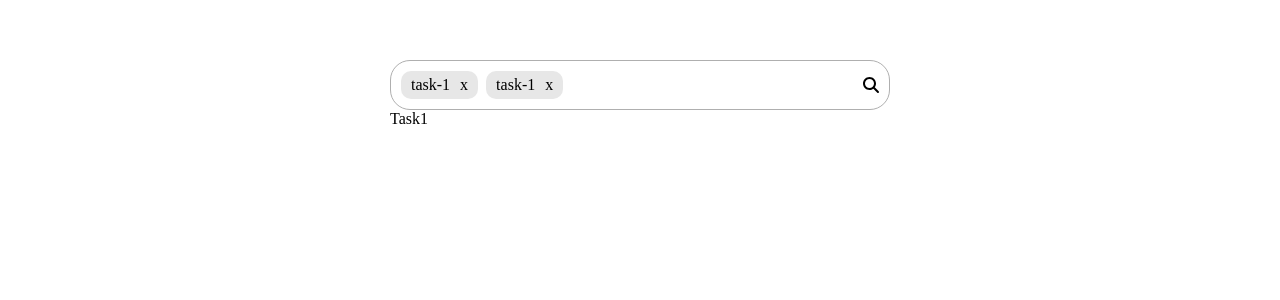
Repository: OkazakiTruong/selectOption
Page: /
The author's editor kept a copy of each file at every save. The page is drawn from the files as they stood at one save, then again after the next save.
The browser window is 1280 px wide. The pictures show the whole page.
The project was rebuilt for these pictures with package versions that can differ from the ones it lists, and the page was loaded fresh each time. Also part of the build but not shown: vite.config.js.

Above is the page before, as saved 2024-01-17 22:13:13.

### src/App.jsx
import React from "react";
import { SelectBoxContainer } from "./SelectBox/SelectBoxContainer";

export default function App() {
  return (
    <div>
      <SelectBoxContainer />
    </div>
  );
}

### src/SelectBox/SelectBoxContainer.jsx
import React from "react";
import "./selectbox.css";
import { SelectBox } from "./SelectBox";

export const SelectBoxContainer = () => {
  return (
    <div className="select-container">
      <SelectBox />
    </div>
  );
};

### src/SelectBox/selectbox.css
.select-container {
  width: 500px;
  margin: 60px auto;
}
.select-input {
  display: flex;
  flex-wrap: wrap;
  align-items: center;
  justify-content: flex-start;
  width: 500px;
  padding: 10px;
  padding-right: 60px;
  border: 1px solid #afafaf;
  border-radius: 20px;
  gap: 8px;
  position: relative;
}
.select-input.focus {
  border: 2px solid black;
}
.select-input .input {
  border: none;
  outline: none;
  flex: 2;
}
.select-input .search-icon {
  position: absolute;
  right: 10px;
  cursor: pointer;
}
.select-item {
  padding: 5px 10px;
  background-color: #e7e7e7;
  border-radius: 10px;
  display: flex;
  align-items: center;
}
.select-item .btn-delete {
  margin-left: 10px;
}

### src/SelectBox/SelectBox.jsx
import { FontAwesomeIcon } from "@fortawesome/react-fontawesome";
import React, { useRef, useState } from "react";
import { faMagnifyingGlass } from "@fortawesome/free-solid-svg-icons";

export const SelectBox = () => {
  const inputRef = useRef(null);
  const selectInputRef = useRef(null);
  const handleFocus = () => {
    selectInputRef.current.classList.add("focus");
  };
  const handleBlur = () => {
    selectInputRef.current.classList.remove("focus");
  };
  const handleClick = () => {
    console.log(selectInputRef.current.classList.contains("focus"));
    if (!selectInputRef.current.classList.contains("focus")) {
      inputRef.current.focus();
    }
  };
  return (
    <>
      <div className="select-input" ref={selectInputRef} onClick={handleClick}>
        <div className="select-item">
          <span>task-1</span>
          <span className="btn-delete">x</span>
        </div>
        <div className="select-item">
          <span>task-1</span>
          <span className="btn-delete">x</span>
        </div>
        <input
          className="input"
          ref={inputRef}
          onFocus={handleFocus}
          onBlur={handleBlur}
        ></input>
        <FontAwesomeIcon icon={faMagnifyingGlass} className="search-icon" />
      </div>
      <div className="select-option">
        <div className="option-item">Task1</div>
      </div>
    </>
  );
};

Loaded but not shown: index.html (common file); src/main.jsx (common file); src/index.css (common file)

After the next save:
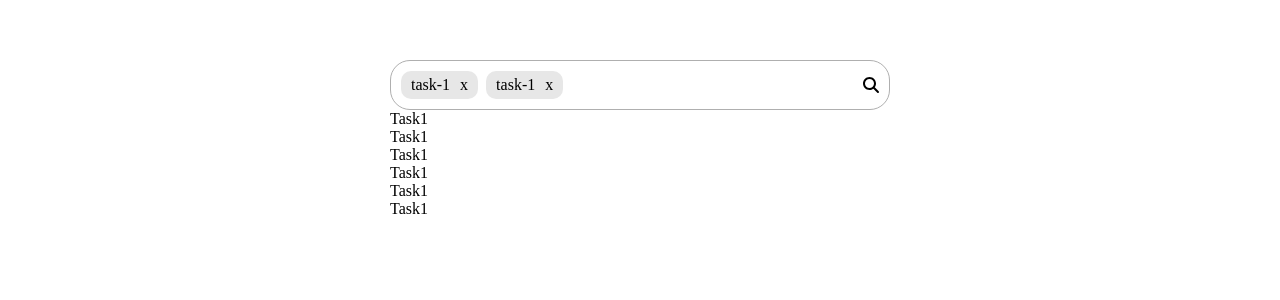
Saved 11 s later.
--- a/src/SelectBox/SelectBox.jsx
+++ b/src/SelectBox/SelectBox.jsx
@@ -38,6 +38,11 @@ export const SelectBox = () => {
       </div>
       <div className="select-option">
         <div className="option-item">Task1</div>
+        <div className="option-item">Task1</div>
+        <div className="option-item">Task1</div>
+        <div className="option-item">Task1</div>
+        <div className="option-item">Task1</div>
+        <div className="option-item">Task1</div>
       </div>
     </>
   );
